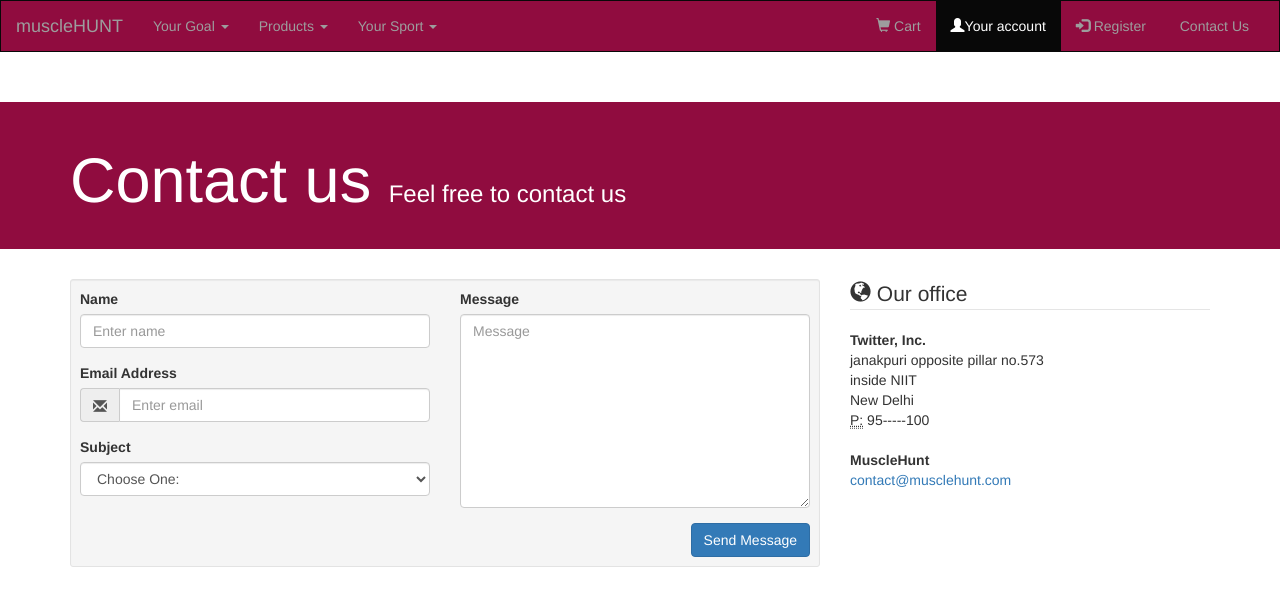
Repository: sunnypunia/SUNNY1
Page: http://localhost/MuscleHunt/WEB-INF/jsp/contactus.jsp
These files come from the project's save history. The page is drawn as it stood at one moment and after the next save; the edit follows.
The browser window is 1280 px wide. The pictures show the whole page.
Some web libraries are served in a nearby version. The page is served by Tomcat 9. Nobody is signed in. Other server files are loaded and not shown. The template is opened directly, without the code that normally fills it, so the values that code supplies are empty.

Above is the page before, as saved 2017-01-09 11:33:27.

### MuscleHunt/src/main/webapp/WEB-INF/jsp/contactus.jsp
<%@ page language="java" contentType="text/html; charset=ISO-8859-1"
    pageEncoding="ISO-8859-1"%>
<!DOCTYPE html PUBLIC "-//W3C//DTD HTML 4.01 Transitional//EN" "http://www.w3.org/TR/html4/loose.dtd">
<html>
<head>
<meta http-equiv="Content-Type" content="text/html; charset=ISO-8859-1">
<meta name="viewport" content="width=device-width, initial-scale=1, maximum-scale=1" />
<meta charset="utf-8">
  <meta name="viewport" content="width=device-width, initial-scale=1">
  <link rel="stylesheet" href="https://maxcdn.bootstrapcdn.com/bootstrap/3.3.7/css/bootstrap.min.css">
  <script src="https://ajax.googleapis.com/ajax/libs/jquery/3.1.1/jquery.min.js"></script>
  <script src="https://maxcdn.bootstrapcdn.com/bootstrap/3.3.7/js/bootstrap.min.js"></script>
<script type="text/javascript">

</script>
<style>
.navbar {
    background-color: #900C3F ;
      margin-bottom: 50px;
      border-radius: 0;
    }
.jumbotron {
background: #900C3F;
color: #FFF;
border-radius: 0px;
}
.jumbotron-sm { padding-top: 24px;
padding-bottom: 24px; }
.jumbotron small {
color: #FFF;
}
.h1 small {
font-size: 24px;
}
</style>
<title>contact us</title>
</head>
<body>
<nav class="navbar navbar-inverse">
  <div class="container-fluid">
    <div class="navbar-header">
      <button type="button" class="navbar-toggle" data-toggle="collapse" data-target="#myNavbar">
        <span class="icon-bar"></span>
        <span class="icon-bar"></span>
        <span class="icon-bar"></span>
      </button>

      <a class="navbar-brand" href="#">muscleHUNT</a>
    </div>
    <div class="collapse navbar-collapse" id="myNavbar">
      <ul class="nav navbar-nav">

         <ul class="nav navbar-nav">

   <li class="dropdown">
        <a class="dropdown-toggle" data-toggle="dropdown" href="#">Your Goal
        <span class="caret"></span></a>
        <ul class="dropdown-menu">
          <li><a href="#">Lean mass</a></li>
          <li><a href="#">Gain weight</a></li>
          <li><a href="#">Weight loss</a></li>


        </ul>
        </li>
<li class="dropdown">
        <a class="dropdown-toggle" data-toggle="dropdown" href="#">Products
        <span class="caret"></span></a>
        <ul class="dropdown-menu">
          <li><a href="#">whey</a></li>
          <li><a href="#">casien</a></li>
          <li><a href="#">bcaa</a></li>
          <li><a href="#">pre-workout</a></li>
          <li><a href="#">post-workout</a></li>
          <li><a href="#">energy bars</a></li>

        </ul>
        </li>
<li class="dropdown">
        <a class="dropdown-toggle" data-toggle="dropdown" href="#">Your Sport
        <span class="caret"></span></a>
        <ul class="dropdown-menu">
          <li><a href="#">Bodybuilding</a></li>
           <li><a href="#">Athlete</a></li>
           <li><a href="#">Boxing</a></li>
            <li><a href="#">Running</a></li>
             <li><a href="#">Fitness</a></li>
             </ul>
             </li>
         </ul>
      </ul>
      <ul class="nav navbar-nav navbar-right">

        <li><a href="#"><span class="glyphicon glyphicon-shopping-cart"></span> Cart</a></li>
 	 <li class="active"><a href="login"><span class="glyphicon glyphicon-user"></span>Your account</a></li>
      <li><a href="registration"><span class="glyphicon glyphicon-log-in"></span> Register</a></li>
      <li><a href="contactus"><span class="glyphicon glyphicon-contact-us"></span> Contact Us</a></li>
      </ul>
    </div>
  </div>
</nav>
<div class="jumbotron jumbotron-sm">
    <div class="container">
        <div class="row">
            <div class="col-sm-12 col-lg-12">
                <h1 class="h1">
                    Contact us <small>Feel free to contact us</small></h1>
            </div>
        </div>
    </div>
</div>
<div class="container">
    <div class="row">
        <div class="col-md-8">
            <div class="well well-sm">
                <form>
                <div class="row">
                    <div class="col-md-6">
                        <div class="form-group">
                            <label for="name">
                                Name</label>
                            <input type="text" class="form-control" id="name" placeholder="Enter name" required="required" />
                        </div>
                        <div class="form-group">
                            <label for="email">
                                Email Address</label>
                            <div class="input-group">
                                <span class="input-group-addon"><span class="glyphicon glyphicon-envelope"></span>
                                </span>
                                <input type="email" class="form-control" id="email" placeholder="Enter email" required="required" /></div>
                        </div>
                        <div class="form-group">
                            <label for="subject">
                                Subject</label>
                            <select id="subject" name="subject" class="form-control" required="required">
                                <option value="na" selected="">Choose One:</option>
                                <option value="service">General Customer Service</option>
                                <option value="suggestions">Suggestions</option>
                                <option value="product">Product Support</option>
                            </select>
                        </div>
                    </div>
                    <div class="col-md-6">
                        <div class="form-group">
                            <label for="name">
                                Message</label>
                            <textarea name="message" id="message" class="form-control" rows="9" cols="25" required="required"
                                placeholder="Message"></textarea>
                        </div>
                    </div>
                    <div class="col-md-12">
                        <button type="submit" class="btn btn-primary pull-right" id="btnContactUs">
                            Send Message</button>
                    </div>
                </div>
                </form>
            </div>
        </div>
        <div class="col-md-4">
            <form>
            <legend><span class="glyphicon glyphicon-globe"></span> Our office</legend>
            <address>
                <strong>Twitter, Inc.</strong><br>
                janakpuri opposite pillar no.573<br>
                inside NIIT<br>
               New Delhi<br>
                <abbr title="Phone">
                    P:</abbr>
                95-----100
            </address>
            <address>
                <strong>MuscleHunt</strong><br>
                <a href="mailto:#">contact@musclehunt.com</a>
            </address>
            </form>
        </div>
    </div>
</div>
</body>
</html>

After the next save:
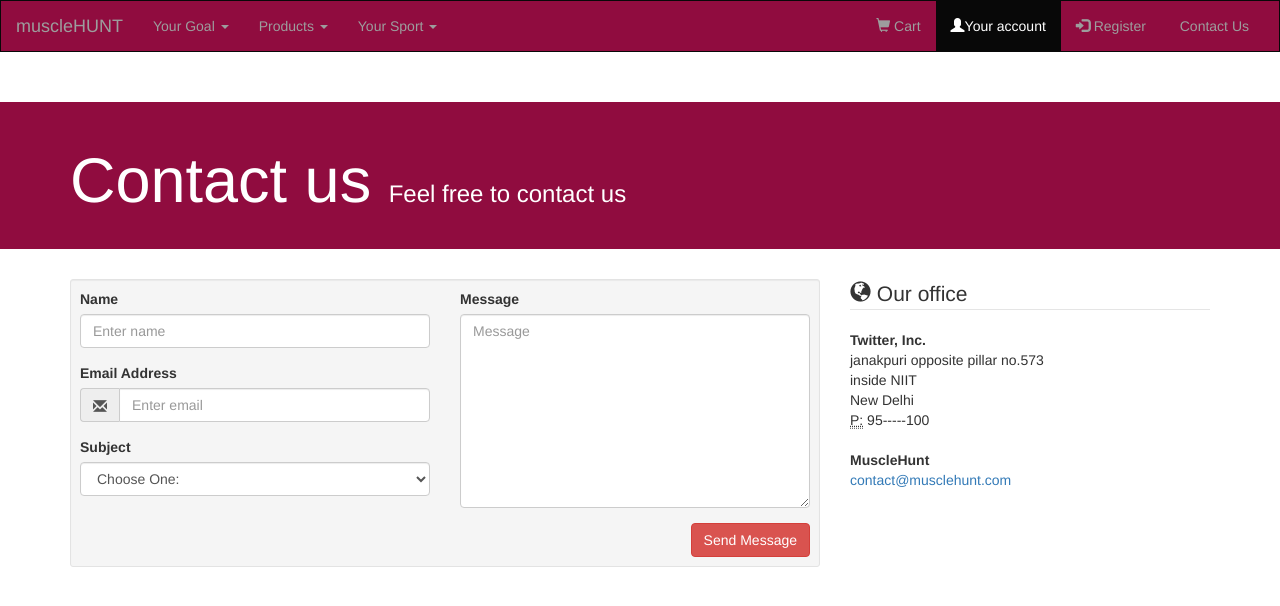
Saved 27 s later.
--- a/MuscleHunt/src/main/webapp/WEB-INF/jsp/contactus.jsp
+++ b/MuscleHunt/src/main/webapp/WEB-INF/jsp/contactus.jsp
@@ -149,7 +149,7 @@ font-size: 24px;
                         </div>
                     </div>
                     <div class="col-md-12">
-                        <button type="submit" class="btn btn-primary pull-right" id="btnContactUs">
+                        <button type="submit" class="btn btn-danger pull-right" id="btnContactUs">
                             Send Message</button>
                     </div>
                 </div>
